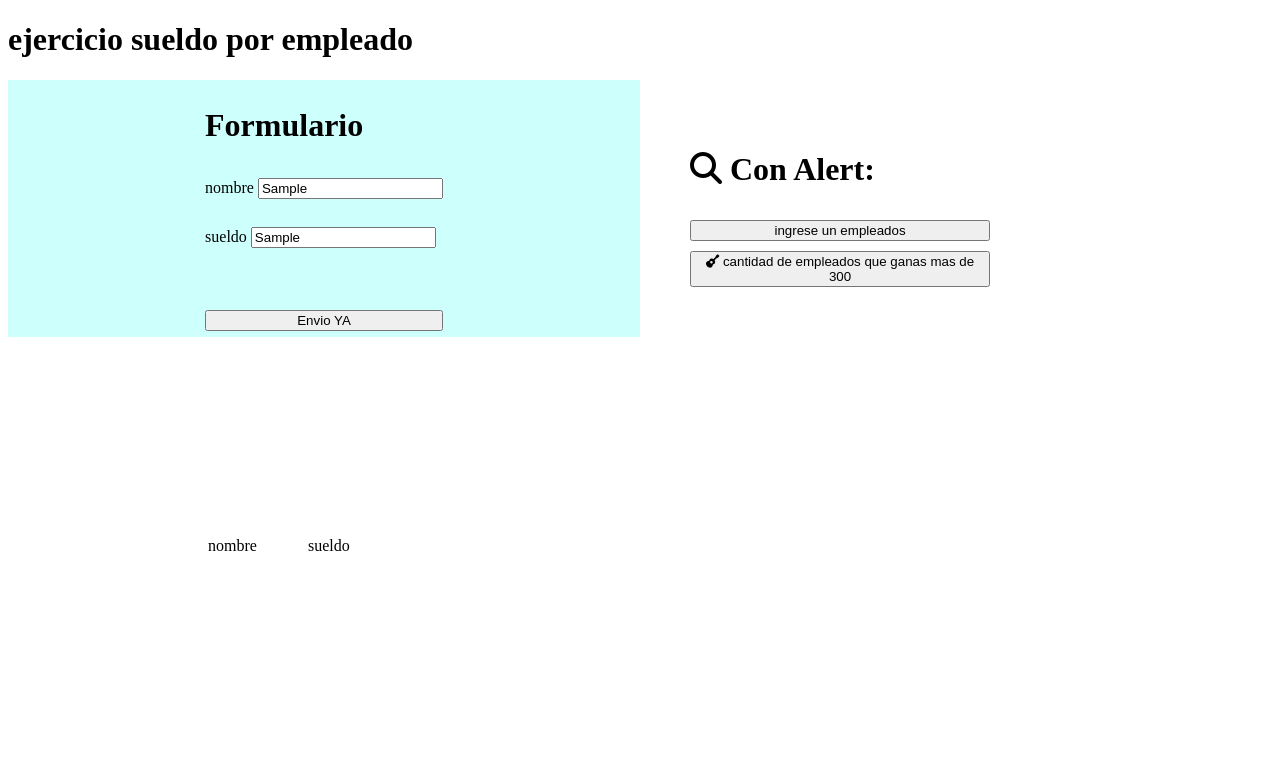
Repository: wolfmarcos/Ej-FormSesionEmpleados
Page: index.html
These files come from the project's save history. The page is drawn as it stood at one moment and after a run of saves; the edit follows.
The browser window is 1280 px wide. The pictures show the whole page.
Empty fields were first filled with sample values (such as "Sample", 5 or name@example.com).
After loading, the first visible `#form` was submitted once.
Some web libraries are served in a nearby version.

Above is the page before, as saved 2022-08-01 15:30:26.

### index.html
<!DOCTYPE html>
<html lang="en">

<head>
    <script src="https://kit.fontawesome.com/708068a0d3.js" crossorigin="anonymous"></script>
    <meta charset="UTF-8">
    <meta http-equiv="X-UA-Compatible" content="IE=edge">
    <meta name="viewport" content="width=device-width, initial-scale=1.0">
    <link rel="stylesheet" href="ej1.css">

    <title>Document</title>
</head>


    <h1>ejercicio sueldo por empleado</h1>
<header>



    <form  class="forms"  id="form" name="form" method="post">

    <h1>Formulario</h1>

    <div class="ha">
        <leibel>nombre</leibel>
        <input id="nombres" type="text" maxlengt="10" placeholder="nombre" class="i"></imput>
        <p class="nota"></p>

    </div>
       <div class="hb">

           <leibel>sueldo</leibel>
           <input id="sueldos" type="text" maxlengt="19" placeholder="sueldo" class="i" ></imput>
           <p class="nota"></p>

       </div>


        <input type="submit" value="Envio YA">
            <!-- <button type="submit" >ENVIAR</button> -->


    </form>





<div class="alet">

       <h1><i class="fa-solid fa-magnifying-glass"></i> Con Alert:</h1>

    <button id="agregarHTML">ingrese un empleados</button>

    <button id="empleadosMas300">
        <i class="fa-solid fa-guitar"></i>
        cantidad de empleados que ganas mas de 300 </button>



</div>




</header>
<main>
    <div class="contenedorR">
        <div>nombre</div>
        <div>sueldo</div>
        <div class="datos"></div>

    </div>

</main>
    <script src="ej1.js"></script>
</body>

<div>
    <br>




</div>



</html>

### ej1.css
header {
  display: grid;
  grid-template-columns: repeat(2, 1fr);

}

.contenedorR {
  display: grid;
  grid-template-columns: repeat(2, 100px);
  /* gap:10px */
  padding: 200px;
}

/* .ok .nota{display: none;} */
/* .ok letra{  border-bottom: solid 1px rgb(14, 148, 34);box-shadow: 1px 1px 3px 1px green;} */


/* .b input{border-bottom: solid 2px rgb(0, 0, 0)} */

.forms {
  display: grid;
  justify-content: center;
  align-items: center;
background-color: rgb(205, 255, 253);

}
.ha .nota, .hb .nota{visibility: hidden;}

/* .forms  .nota{  background-color: blueviolet;  } */
.alet {
  display: flex;
  flex-direction: column;
  /* align-items: flex-start */
  max-width: 300px;
  padding: 50px;
  gap: 10px;
}
 /* .d.h.nota{visibility: hidden;} */
/* .b.borde{border-bottom: solid 5px brown;} */
.forms .h .nota{
  background-color: blue;
  padding: 20px;
  margin: 30px;
  box-shadow: 10px 10px 10px;
  /* visibility: visible; */
  /* position: absolute;
  font-size: 20000px;
  font-weight: 500;
  text-align: right; */

}
 .h  .nota{
  background-color: rgb(255, 68, 0)

  /* visibility: visible; */
}


/* .forms.ok input {  border: 0.1px solid;  border-color: #08ffc8;} */
/* .agrega  {  background-color: blueviolet;  visibility: visible;  color:#e74c3c;} */

### ej1.js
// En una empresa trabajan n empleados cuyos  nombre y sueldo se carga por un formulario desde el celular. sueldos oscilan entre $100 y $500,
//  realizar un programa que lea los sueldos que cobra cada empleado e informe cuántos empleados cobran menos de  $200  en una tabla y mas de $300  en otra tabla
//  recuerde cargar los datos como  un nuevo objeto. Además el programa deberá informar el importe que gasta la empresa en sueldos total del personal.
let aprobados = 0;
let i = 0;
let repeticion = true;
resu = document.querySelector(".contenedorR2")

datos = document.querySelector(".datos")
// let arrayDesaprobados = []
const empleados = [];
let resud = "";
let nombres = document.querySelector("#nombres");
let sueldos = document.querySelector("#sueldos");

// reseteo
const forms=document.querySelector(".forms")

// email.conten(/\w+@+\./)

valdarCampos = (nombres,sueldos) => {


    let declaracion = true
    console.log(nombres.value)

    if (!nombres.value) {
        declaracion =  formNul(nombres, "llene los campos")
    }
    if (!sueldos.value) {
        declaracion = formNul(sueldos, "ingrese una cifra")
    } else {
        if (!isNaN(sueldos)) {
            declaracion = formNul(sueldos, "no es numero")
        }
    }
    if (sueldos.value.length > 4) {
        declaracion = formNul(sueldos, "menos de 5 cifras")
    }
       if (nombres.value.length > 10) {
        declaracion = formNul(nombres, "menos de 10 caracteres")
    }
    if (nombres.value.length < 3) {
        declaracion = formNul(nombres, "mas de 3 caracteres")
    }
    // if (nombre.test(".")) {alert("NO")}else{     error=1}
    if (/^[a-zA-Z0-9\_\-]{4,16}$/.test(nombres.value))
     {
        console.log("correcto"+/^[a-zA-Z0-9\_\-]{4,16}$/.test(nombres.value)) }
       else{ console.log("incorrecto:" + /^[a-zA-Z0-9\_\-]{4,16}$/.test(nombres.value));
        declaracion = formNul(nombres, "solo letra y numeros ")
    }
    console.log(declaracion)

    return (true == declaracion)
}

formNul = (inputs, error) => {
    const suPadre = inputs.parentElement
    const donde = suPadre.querySelector("p")
    // const errores=0  .agrega p
    donde.innerText = error;

    // donde.className = 'agrega'
    // donde.classList.add("agrega")
    suPadre.classList.add("v")
    return false
}
// // const remover=document.querySelector(".forms div")
// let nr2=remover[0].children
// let nr1=remover[1].children




forms.addEventListener("submit", (e) => {
    let verifica=true
    // nr1[1].classList.replace("borde","b")
    //  nr2[1].classList.replace("borde","b")
    // forms.classList.remove("p")
    forms.className = 'forms h'

    //  forms.classList.add("p")
    // remover.classList.replace("borde","b")
    e.preventDefault();

     verifica = valdarCampos(nombres,sueldos);
    console.log("final :" + verifica)
    if (verifica) {
        nombre = nombres.value
        sueldo = sueldos.value


        //   empleados[i]=[nombre,sueldo,(i+"pepito") ] ;
        //  empleados[i].push(nombre,sueldo );


        //   localStorage
        empleados[i] = {
            nomebres: nombre,
            sueldos: sueldo,
            id: (i + "pepito")
        }
        sessionStorage.setItem(i, i++)
        sessionStorage.setItem('empleadoss', empleados)
        // repeticion=confirm("ingresar otro  empleado")
        //   Object.values()
        // empleados[0]=sessionStorage.getItem('empleadoss')


        console.log(empleados)
        console.log(sessionStorage.getItem(i))

        //  for (let cada of empleados){console.log(cada.sueldos);};
        //   localStorage.href="#"
        // location
        nombres.value="";
        sueldos.value="";
        // forms.classList.add("ok")
        // forms.classList.add("f")
    }
    // else {

    //     forms.classList.add("f")
    //   }








});







// let emp = new Empleados;
document.querySelector("#agregarHTML").addEventListener("click", (e) => {
    nombre = nombres.value
    sueldo = sueldos.value

    while (repeticion == true) {
        let nombre = prompt("empleado: ");
        let sueldo = parseInt(prompt("sueldo: "));
        //   empleados[i]=[nombre,sueldo,(i+"pepito") ] ;
        //  empleados[i].push(nombre,sueldo );
        empleados[i] = {
            nomebres: nombre,
            sueldos: sueldo,
            id: (i + "pepito")
        }
        i = i + 1;
        repeticion = confirm("ingresar otro  empleado")
    };
    //   Object.values()
    for (let cada of empleados) {
        console.log(cada.sueldos);
    };


});


// empleados.forEach( cada => console.log( cada["nomebres"]));


document.querySelector("#empleadosMas300").addEventListener("click", (e) => {
    console.log(typeof empleados[0].sueldos)
    const emas300 = empleados.filter((x) => x.sueldos > 300)
    console.log(emas300)
    for (let cada of emas300) {
        console.log(cada[1]);
    };


    for (n of emas300) {
        resud += `<div>${n.nomebres}</div>  <div>${n.sueldos}</div>`
        // '<div>'+n.nomebres+'</div>'+'<div>'+n.sueldos+'</div>'

        //     <div>${n.nomebres}</div>
        //      <div>${n.sueldos}</div>

        console.log(resud)

    }

    // datos.outerHTML=
    // `<div class="contenedorR">
    // <div>nombre</div>
    // <div>sueldo</div>
    // ${resud}
    // </div>`

    datos.outerHTML = resud;



})



// let sueldo= parseFloat(prompt("suldo: "));
//  new emp(nombre,sueldo)

// console.log("aprobaron: " + aprobados)
// console.log(arrayAprobados);
// console.log("desaprobaron: " + desaprobados)
// console.log(arrayDesaprobados);

After the next 2 saves:
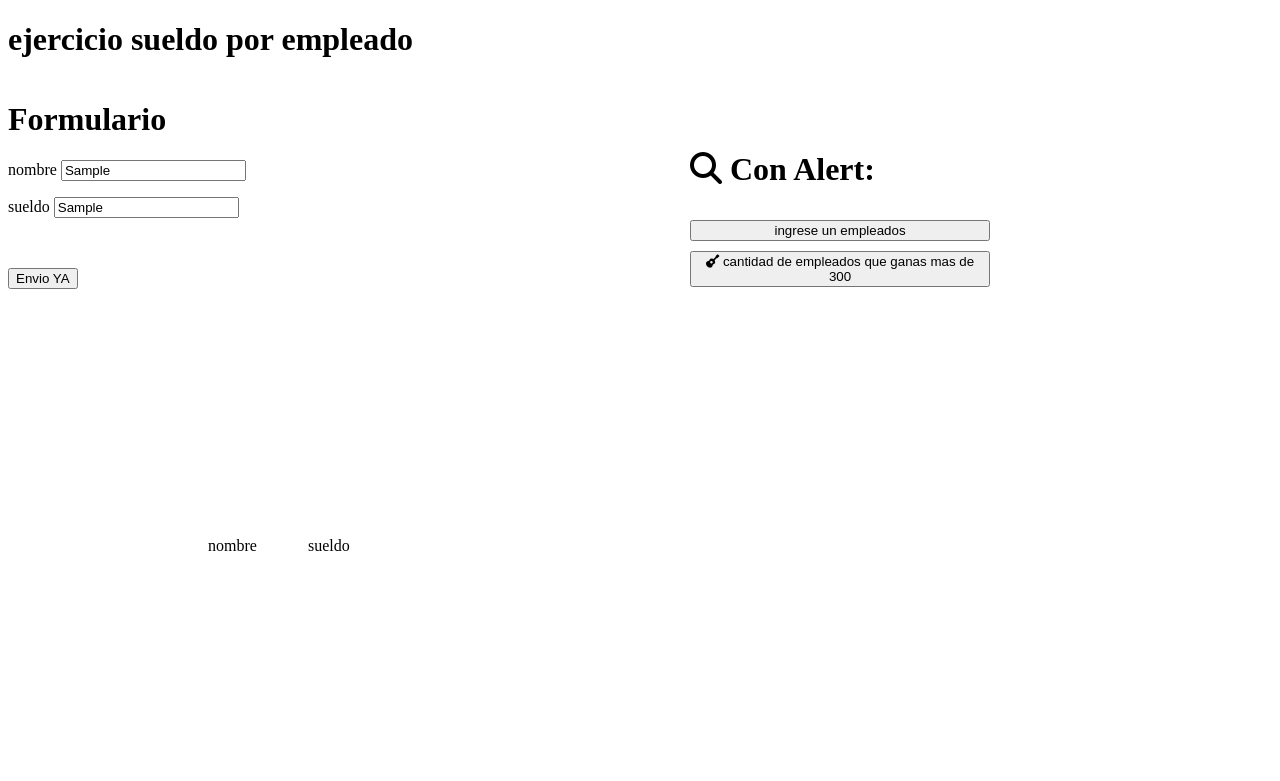
The 2 saves are shown as one change because they came seconds apart.
The last was saved 48 s later.
--- a/ej1.js
+++ b/ej1.js
@@ -78,7 +78,7 @@ forms.addEventListener("submit", (e) => {
     // nr1[1].classList.replace("borde","b")
     //  nr2[1].classList.replace("borde","b")
     // forms.classList.remove("p")
-    forms.className = 'forms h'
+    forms.className = 'ha'
 
     //  forms.classList.add("p")
     // remover.classList.replace("borde","b")
